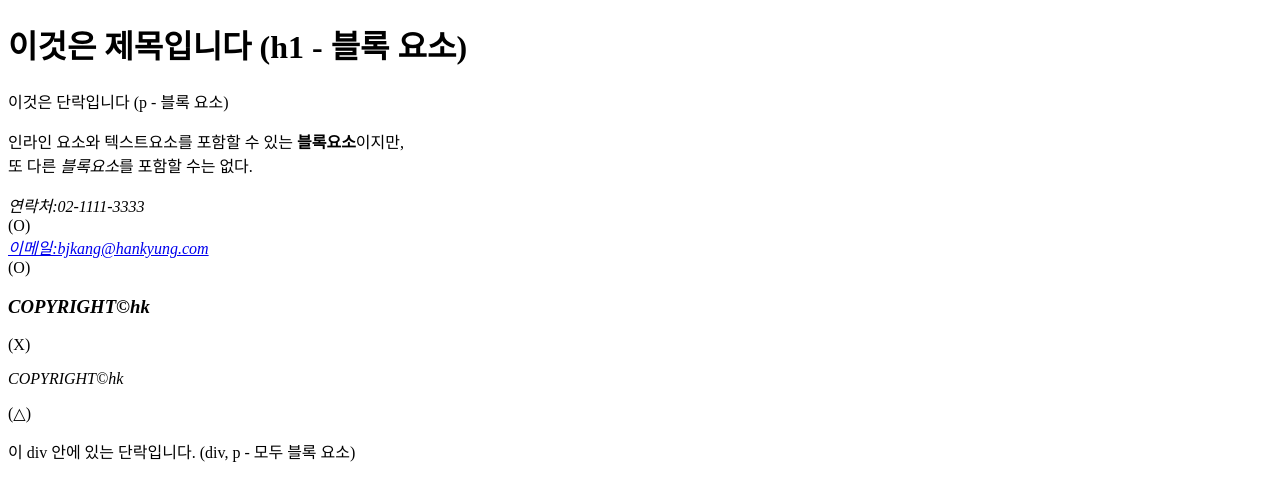
Repository: Junvelop/hkdevelope
Page: Downloads/back_end_edu20240624-master (1)/front_end_20240627/src/main/webapp/html2_블럭요소와인라인요소.html
An editor plug-in stored every save of this project. The page is shown before and after the next save, followed by the edit.
The browser window is 1280 px wide. The pictures show the whole page.

Above is the page before, as saved 2024-08-12 02:19:42.

### Downloads/back_end_edu20240624-master (1)/front_end_20240627/src/main/webapp/html2_블럭요소와인라인요소.html
<!DOCTYPE html>
<html lang="en">
<head>
    <meta charset="UTF-8">
    <meta name="viewport" content="width=device-width, initial-scale=1.0">
    <title>블록 요소 예시</title>
</head>
<body>
    <h1>이것은 제목입니다 (h1 - 블록 요소)</h1>
    <p>이것은 단락입니다 (p - 블록 요소)</p>
    <p>
     인라인 요소와 텍스트요소를 포함할 수 있는 <strong>블록요소</strong>이지만,<br/>
     또 다른 <em>블록요소</em>를 포함할 수는 없다.
	</p>

	<address>연락처:02-1111-3333</address> (O)
<address><a href=“#”>이메일:bjkang@hankyung.com</a></address>(O)
<address><h3>COPYRIGHT&copy;hk</h3></address>(X)
<address><p>COPYRIGHT&copy;hk</p></address>(△)



    <div>
        <p>이 div 안에 있는 단락입니다. (div, p - 모두 블록 요소)</p>
    </div>



</body>
</html>

After the next save:
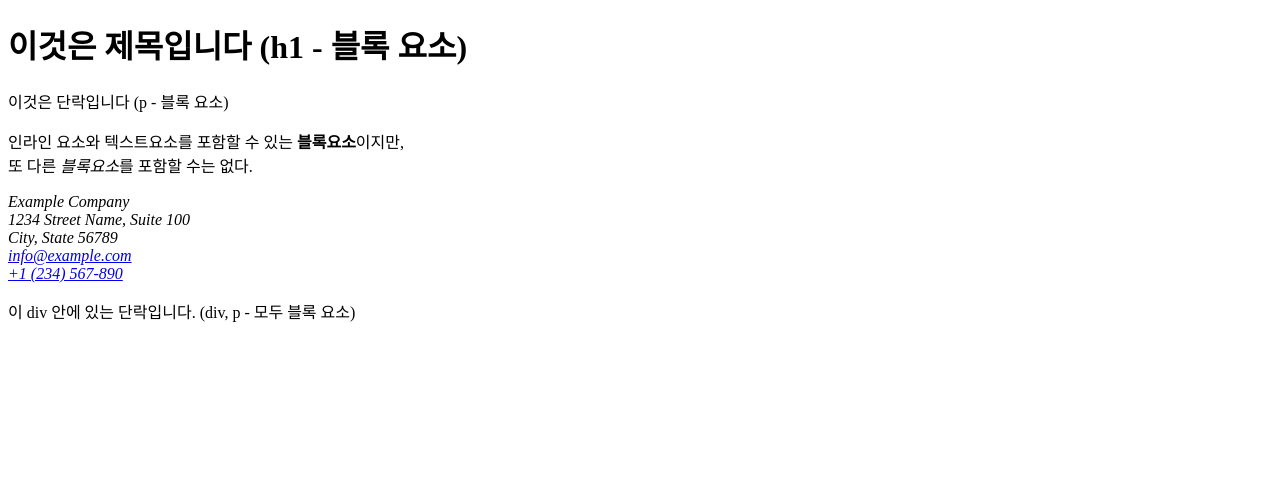
Saved 60 s later.
--- a/Downloads/back_end_edu20240624-master (1)/front_end_20240627/src/main/webapp/html2_블럭요소와인라인요소.html
+++ b/Downloads/back_end_edu20240624-master (1)/front_end_20240627/src/main/webapp/html2_블럭요소와인라인요소.html
@@ -13,11 +13,13 @@
      또 다른 <em>블록요소</em>를 포함할 수는 없다.
 	</p>
 
-	<address>연락처:02-1111-3333</address> (O)
-<address><a href=“#”>이메일:bjkang@hankyung.com</a></address>(O)
-<address><h3>COPYRIGHT&copy;hk</h3></address>(X)
-<address><p>COPYRIGHT&copy;hk</p></address>(△)
-
+	<address>
+        Example Company<br>
+        1234 Street Name, Suite 100<br>
+        City, State 56789<br>
+        <a href="mailto:info@example.com">info@example.com</a><br>
+        <a href="tel:+1234567890">+1 (234) 567-890</a>
+    </address>
 
 
     <div>
